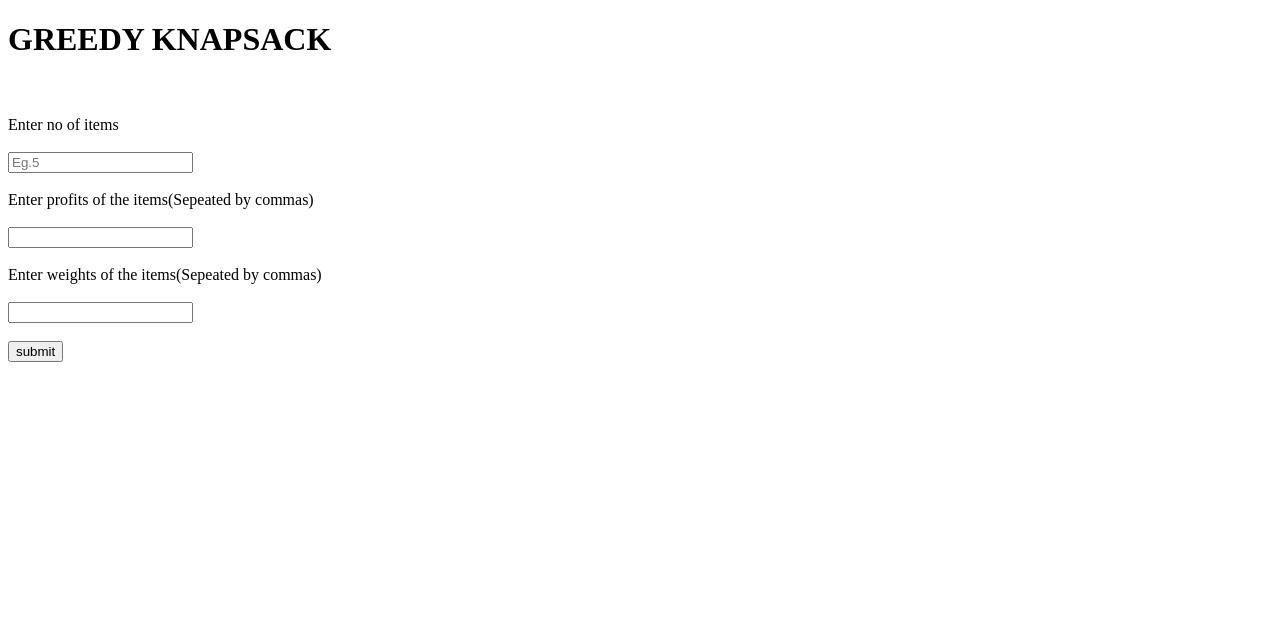
Repository: vinaybabu3962/ALGORITHMIC-TOOLBOX
Page: DAA_WT/webapp/GreedyKnapsack.html
These files come from the project's save history. The page is drawn as it stood at one moment and after the next save; the edit follows.
The browser window is 1280 px wide. The pictures show the whole page.
Some web libraries are served in a nearby version.

Above is the page before, as saved 2021-07-03 16:37:46.

### DAA_WT/webapp/GreedyKnapsack.html
<!DOCTYPE html>
<html>
<head>
<meta charset="ISO-8859-1">
<title>GREEDY KNAPSACK</title>
</head>
<body>
<h1> GREEDY KNAPSACK</h1>
<br><br>
<form action="greedy" method="post" >
Enter no of items<br><br><input  type="number" placeholder="Eg.5" name="count" >
<br><br>
Enter profits of the items(Sepeated by commas)<br><br>
<input type="text" name="profits" ><br><br>
Enter weights of the items(Sepeated by commas)<br><br>
<input type="text" name="weights" >
<br><br>
<input type="submit" value="submit" ><br><br>
</form>
</body>
</html>

After the next save:
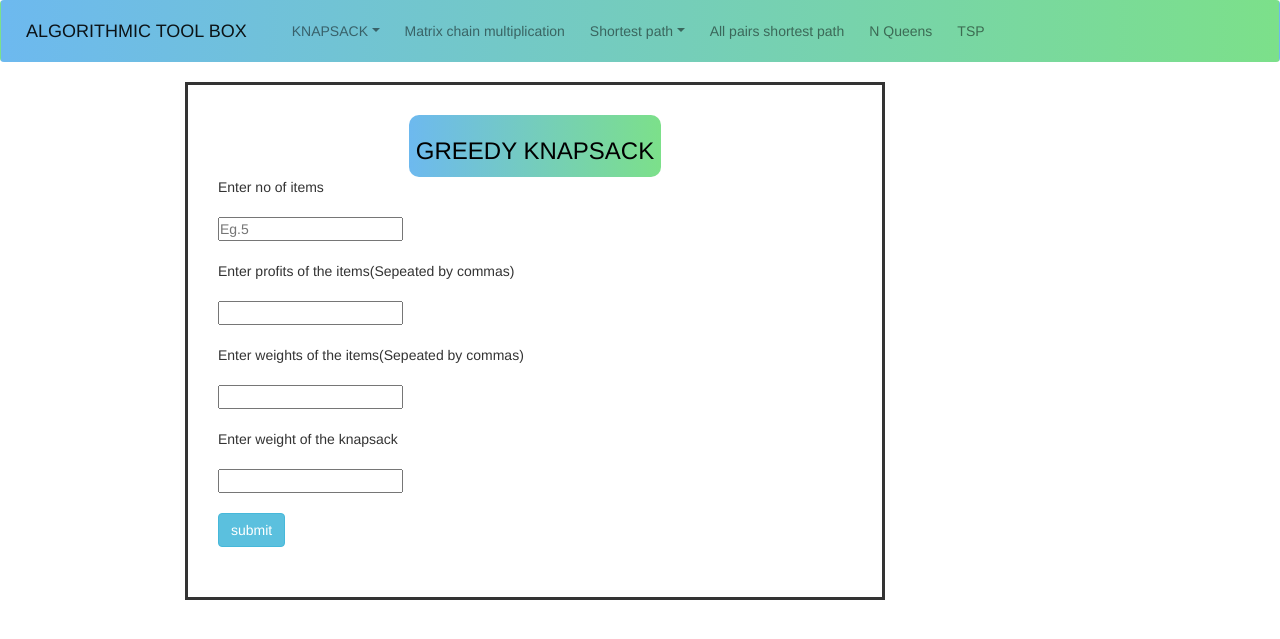
Saved 33 s later.
--- a/DAA_WT/webapp/GreedyKnapsack.html
+++ b/DAA_WT/webapp/GreedyKnapsack.html
@@ -3,10 +3,86 @@
 <head>
 <meta charset="ISO-8859-1">
 <title>GREEDY KNAPSACK</title>
+<link rel="stylesheet" href="https://cdn.jsdelivr.net/npm/bootstrap@4.6.0/dist/css/bootstrap.min.css">
+<script src="https://code.jquery.com/jquery-3.5.1.min.js"></script>
+<script src="https://cdn.jsdelivr.net/npm/bootstrap@4.6.0/dist/js/bootstrap.bundle.min.js"></script>
+<script src="//ajax.googleapis.com/ajax/libs/jquery/1.11.0/jquery.min.js"></script>
+<script src="//netdna.bootstrapcdn.com/bootstrap/3.1.1/js/bootstrap.min.js"></script>
+<link rel="stylesheet" type="text/css" href="//netdna.bootstrapcdn.com/bootstrap/3.1.1/css/bootstrap.min.css">
+<style>
+	*{
+		margin: 0px;
+		padding:0px;
+	}
+	.nav-item{
+	margin-right:15px;
+	}
+    .abcd{
+    background-image: linear-gradient(to right, #6db9ef, #7ce08a);
+    }
+    .form-class {
+	position:relative;
+	left:100px;
+	width:700px;
+	padding:30px;
+	text-align:"center";
+	border:solid;
+	}
+</style>
 </head>
 <body>
-<h1> GREEDY KNAPSACK</h1>
-<br><br>
+<div class="bs-example">
+    <nav class="navbar navbar-expand-md navbar-light bg-light abcd">
+        <a href="index.html" class="navbar-brand">ALGORITHMIC TOOL BOX</a>
+        <button type="button" class="navbar-toggler" data-toggle="collapse" data-target="#navbarCollapse">
+            <span class="navbar-toggler-icon"></span>
+        </button>
+        <div id="navbarCollapse" class="collapse navbar-collapse">
+            <ul class="nav navbar-nav">
+
+
+                <li class="nav-item dropdown">
+                    <a href="#" class="nav-link dropdown-toggle" data-toggle="dropdown">KNAPSACK</a>
+                    <div class="dropdown-menu">
+                    	<a href="GreedyKnapsack.html" class="dropdown-item">Greedy Knapsack</a>
+  						<a href="KnapSackDP.html" class="dropdown-item">Knapsack using DP</a>
+
+                    </div>
+                </li>
+                <li class="nav-item">
+                  <a href="MatrixChainMultiplication.html" class="nav-link">Matrix chain multiplication</a>
+
+                </li>
+                <li class="nav-item dropdown">
+                    <a href="#" class="nav-link dropdown-toggle" data-toggle="dropdown">Shortest path</a>
+                    <div class="dropdown-menu">
+                     	<a href="Dijkstras.html" class="dropdown-item">Dijkstras shortest path</a>
+  						<a href="BellmanFord.html" class="dropdown-item">Bellman Ford Algorithm</a>
+
+                    </div>
+                </li>
+                 <li class="nav-item">
+
+                  <a href="FloydWarshall.html" class="nav-link">All pairs shortest path</a>
+                </li>
+                <li class="nav-item">
+
+                  <a href="NQueens.html" class="nav-link">N Queens </a>
+                </li>
+                <li class="nav-item">
+
+                  <a href="Tsp.html" class="nav-link">TSP</a>
+                </li>
+            </ul>
+
+        </div>
+    </nav>
+</div>
+<div class="container">
+<div class="form-class">
+<center>
+<span style="background-image:linear-gradient(to right, #6db9ef, #7ce08a);color:black;" class="badge badge-pill badge-success"><h3>GREEDY KNAPSACK</h3>
+</span></center>
 <form action="greedy" method="post" >
 Enter no of items<br><br><input  type="number" placeholder="Eg.5" name="count" >
 <br><br>
@@ -15,7 +91,12 @@ Enter profits of the items(Sepeated by commas)<br><br>
 Enter weights of the items(Sepeated by commas)<br><br>
 <input type="text" name="weights" >
 <br><br>
-<input type="submit" value="submit" ><br><br>
+Enter weight of the knapsack<br><br>
+<input type="text" name="weight" >
+<br><br>
+<input type="submit" class="btn btn-info" value="submit" ><br><br>
 </form>
+</div>
+</div>
 </body>
 </html>
